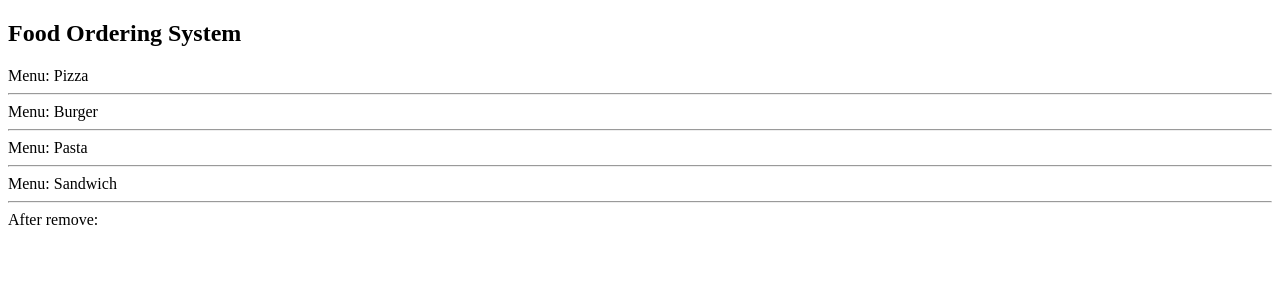
Repository: ashwinii19/Core-Java-Learning
Page: http://localhost/25-JSTL/Food Ordering System.jsp
The author's editor kept a copy of each file at every save. The page is drawn from the files as they stood at one save, then again after the next save.
The browser window is 1280 px wide. The pictures show the whole page.
The page is served by Tomcat 9.

Above is the page before, as saved 2025-08-22 03:25:06.

After the next save:
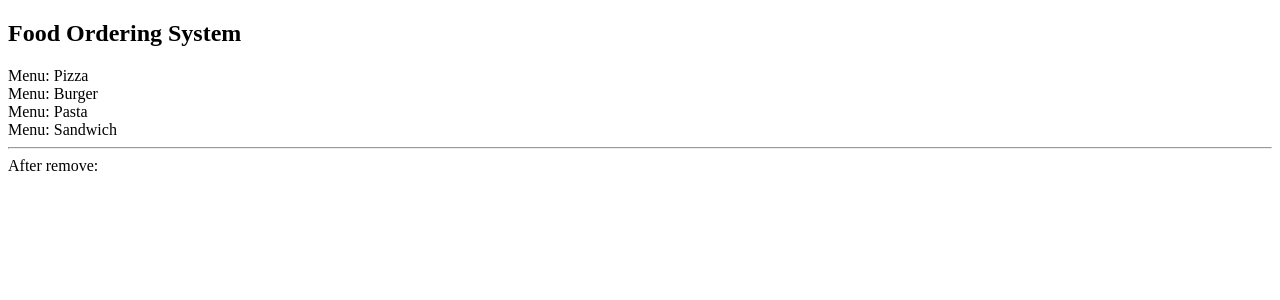
Saved 13 s later.
--- a/25-JSTL/src/main/webapp/Food Ordering System.jsp
+++ b/25-JSTL/src/main/webapp/Food Ordering System.jsp
@@ -13,8 +13,8 @@
 	<c:set var="order" value="Pizza, Burger, Pasta, Sandwich"></c:set>
 
 	<c:forTokens var="item" items="${order }" delims=",">
-		Menu: ${item }<br><hr>
-	</c:forTokens>
+		Menu: ${item }<br>
+	</c:forTokens><hr>
 
 	<c:remove var="order"/>After remove: ${order }
 </body>
